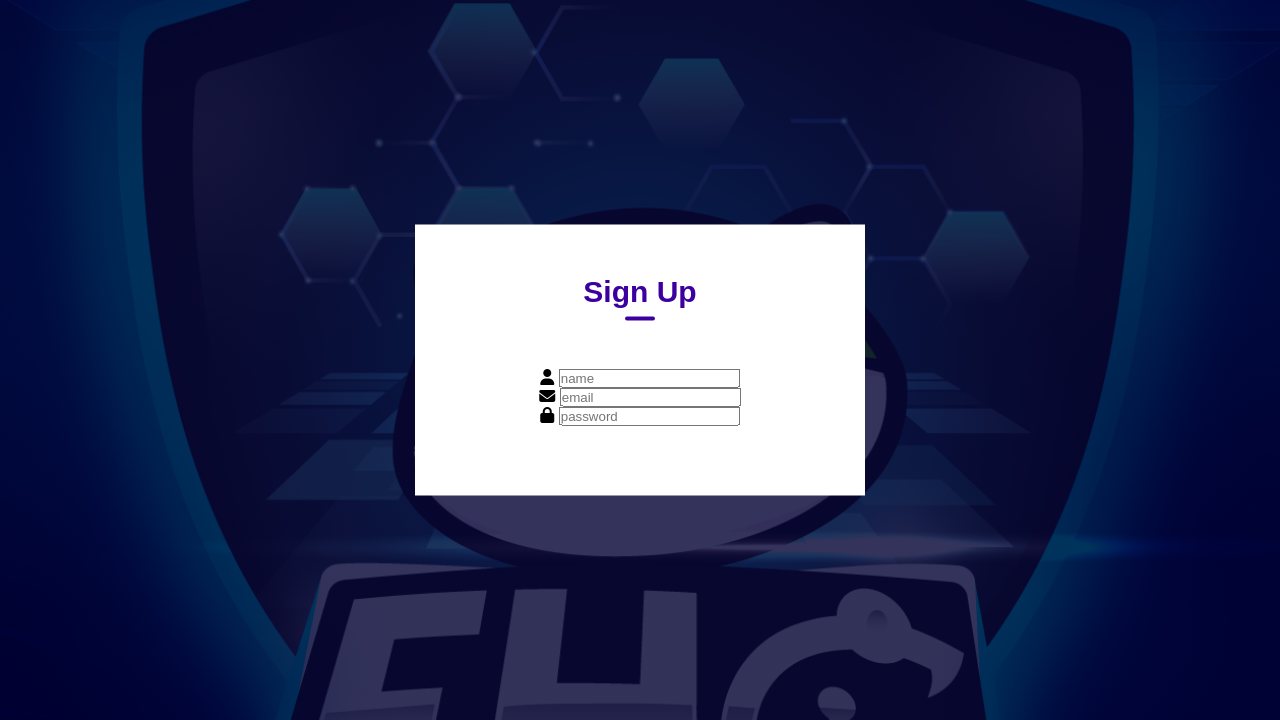
Repository: vietanhlek48/loginProject
Page: index.html
The author's editor kept a copy of each file at every save. The page is drawn from the files as they stood at one save, then again after the next save.
The browser window is 1280 px wide. The pictures show the whole page.
Some web libraries are served in a nearby version.

Above is the page before, as saved 2023-02-16 00:52:07.

### index.html
<!DOCTYPE html>
<html lang="en">
<head>
    <meta charset="UTF-8">
    <meta http-equiv="X-UA-Compatible" content="IE=edge">
    <meta name="viewport" content="width=device-width, initial-scale=1.0">
    <title>EHC Login Page</title>
    <link rel="stylesheet" href="style.css">
    <script src="https://kit.fontawesome.com/e76348e85f.js" crossorigin="anonymous"></script>
</head>
<body>
    <div class="container">
        <div class="form-box">
            <h1>Sign Up</h1>
            <form>
                <div class="input-group">
                    <div class="input-field">
                        <i class="fa-solid fa-user"></i>
                        <input type="text" placeholder="name">
                    </div>

                    <div class="input-field">
                        <i class="fa-solid fa-envelope"></i>
                        <input type="email" placeholder="email">
                    </div>

                    <div class="input-field">
                        <i class="fa-solid fa-lock"></i>
                        <input type="password" placeholder="password">
                    </div>
                </div>

            </form>
        </div>

    </div>



</body>
</html>

### style.css
*{
    margin: 0;
    padding: 0;
    font-family: 'Poppins', sans-serif;
    box-sizing: border-box;
}

.container{
    width: 100%;
    height: 100vh;
    background-image: linear-gradient(rgba(0, 0, 50, 0.8), rgba(0, 0, 50, 0.8)), url(background.png);
    background-position: center;
    background-size: cover;
    position: fixed;
}

.form-box{
    width: 90%;
    max-width: 450px;
    position: absolute;
    top: 50%;
    left: 50%;
    transform: translate(-50%, -50%);
    background: #fff;
    padding: 50px 60px 70px;
    text-align: center;
}

.form-box h1{
    font-size: 30px;
    margin-bottom: 60px;
    color: #3c00a0;
    position: relative;
}

.form-box h1::after{
    content: '';
    width: 30px;
    height: 4px;
    border-radius: 3px;
    background: #3c00a0;
    position: absolute;
    bottom: -12px;
    left: 50%;
    transform: translateX(-50%);
}

After the next save:
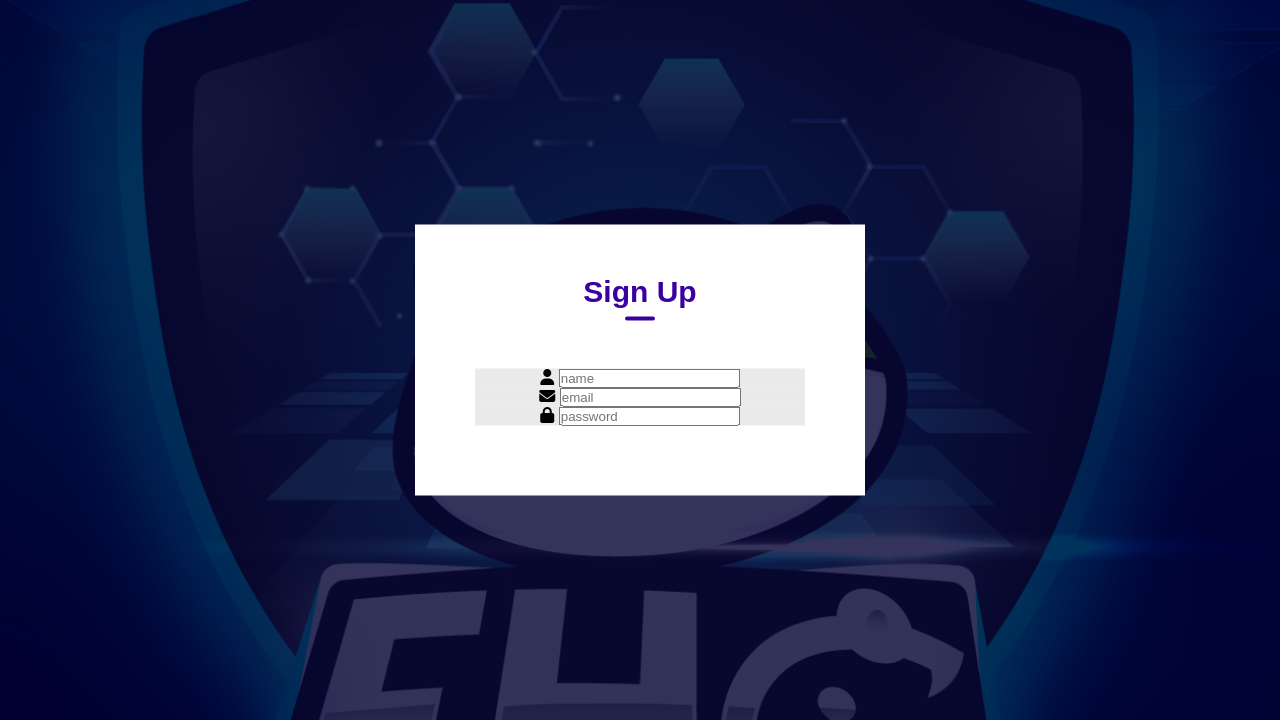
Saved 50 s later.
--- a/style.css
+++ b/style.css
@@ -44,3 +44,9 @@
     left: 50%;
     transform: translateX(-50%);
 }
+
+.input-field{
+    background: #eaeaea;
+    margin: :15px;
+
+}
